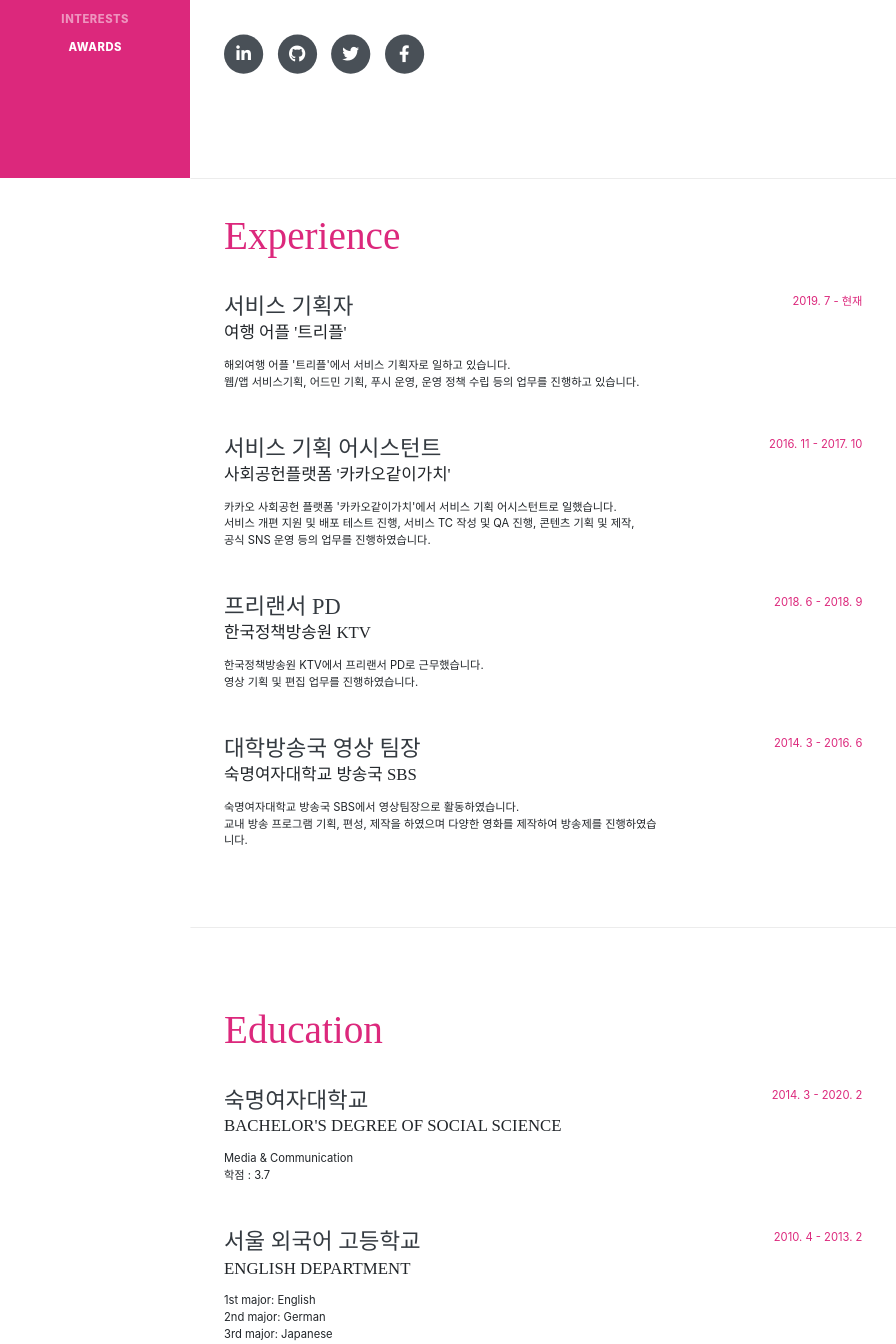
Repository: hyunah-aha/hyunah-aha
Page: Resume/index.html
The author's editor kept a record of every edit. The page is drawn from the files as they stood at one moment, then again after the next edit.
The browser window is 1280 px wide. The pictures show the part of the page from y = 466 to 2386 px (the page is 4799 px tall), at 70% of full size.
A picture or video elsewhere on the page could not be fetched, so the positions and the page height are approximate. Some web fonts or font styles are not loaded; a fallback is used.

Above is the page before.

After the next edit:
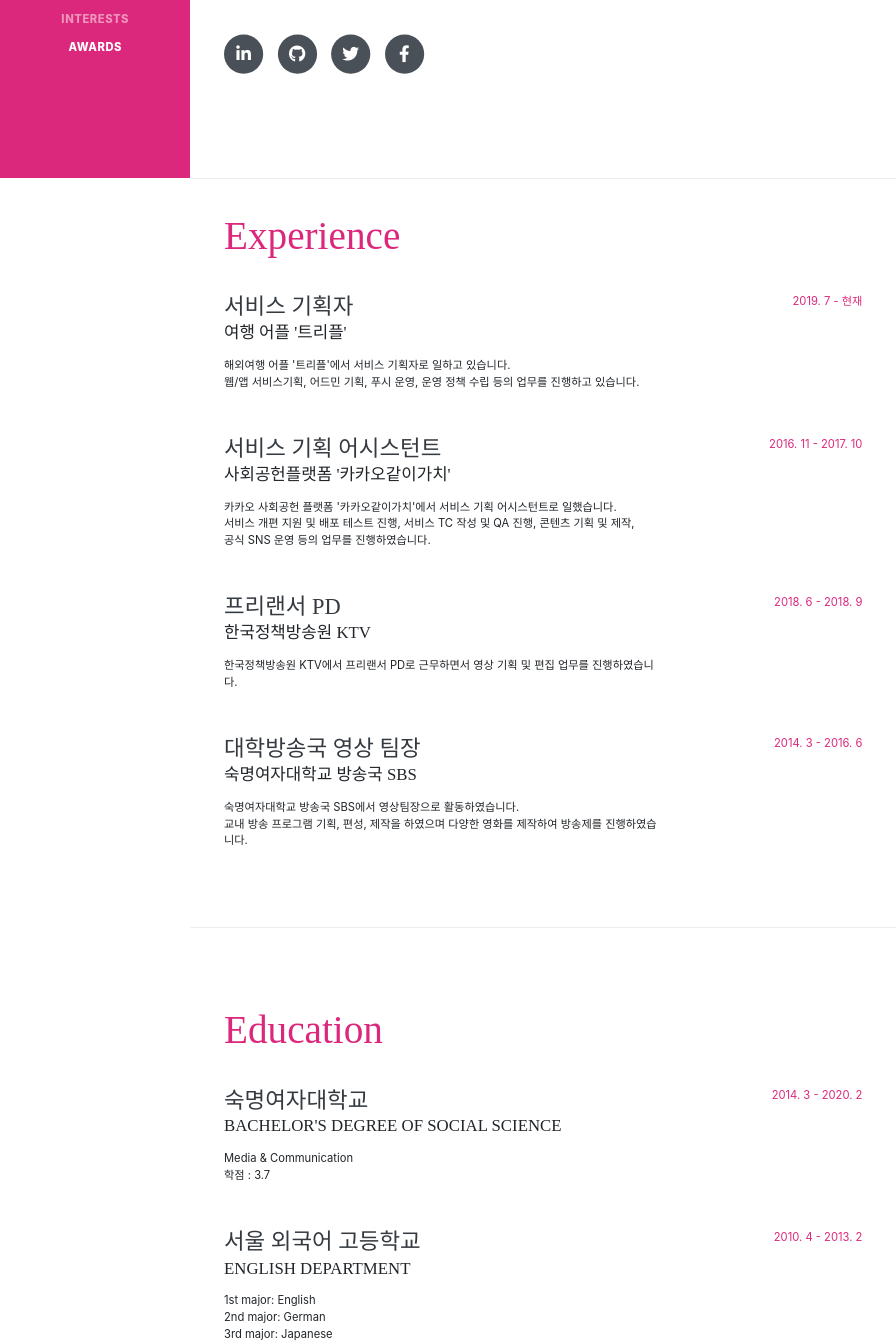
The edit:
--- a/Resume/index.html
+++ b/Resume/index.html
@@ -121,7 +121,7 @@
           <div class="resume-content">
             <h3 class="mb-0">프리랜서 PD</h3>
             <div class="subheading mb-3">한국정책방송원 KTV</div>
-            <p>한국정책방송원 KTV에서 프리랜서 PD로 근무했습니다. <br>영상 기획 및 편집 업무를 진행하였습니다.</p>
+            <p>한국정책방송원 KTV에서 프리랜서 PD로 근무하면서 영상 기획 및 편집 업무를 진행하였습니다.</p>
           </div>
           <div class="resume-date text-md-right">
             <span class="text-primary">2018. 6 - 2018. 9</span>
